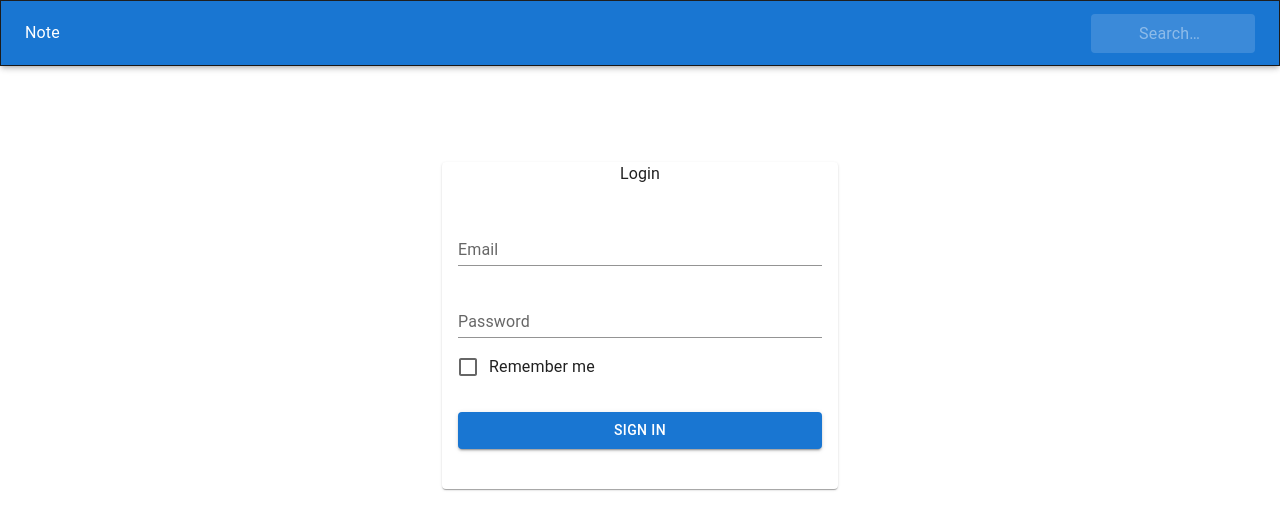
Repository: NGHIAVN1/Note
Page: /
These files come from the project's save history. The page is drawn as it stood at one moment and after the next save; the edit follows.
The browser window is 1280 px wide. The pictures show the whole page.
The project was rebuilt for these pictures with package versions that can differ from the ones it lists, and the page was loaded fresh each time. Also part of the build but not shown: vite.config.js, src/Register.jsx, src/Pet.jsx, src/useBreedList.jsx, src/SearchParams.jsx.

Above is the page before, as saved 2024-03-20 10:35:59.

### src/index.html
<!DOCTYPE html>
<html lang="en">

<head>
  <meta charset="UTF-8">
  <meta name="viewport" content="width=device-width, initial-scale=1.0">
  <meta http-equiv="X-UA-Compatible" content="ie=edge">
  <title>Adopt Me</title>
</head>

<body>
  <div id="root">not rendered</div>
  <script type="module" src="./App.jsx">
    // Your code is going to go here

  </script>
</body>

</html>

### src/App.jsx
import React, { StrictMode } from "react";
import "./Register";
import "./LoginPages";
import "./SearchParams";
import { createRoot } from "react-dom/client";
import SearchParams from "./SearchParams";
import RegisterUser from "./Register";
import LoginPage from "./LoginPages";
import Home from "./Home";

const App = () => {
  return (
    <div>
      <StrictMode>
        <Home />
        <LoginPage />
      </StrictMode>
    </div>
  );
};

const container = document.getElementById("root");
const root = createRoot(container);
root.render(
  <StrictMode>
    <App />
  </StrictMode>
);

### src/LoginPages.jsx
import {
  CardContent,
  CardHeader,
  CssBaseline,
  TextField,
  Typography,
} from "@mui/material";
import Container from "@mui/material/Container";
import Card from "@mui/material/Card";
import { dark } from "@mui/material/styles/createPalette";
import Box from "@mui/material/Box";
import FormControlLabel from "@mui/material/FormControlLabel";
import Button from "@mui/material/Button";
import Checkbox from "@mui/material/Checkbox";
import Grid from "@mui/material/Grid";
// const defaultTheme = createTheme();
const LoginPage = () => {
  return (
    <div>
      <Container component="main" maxWidth="xs">
        <CssBaseline />
        <Box
          sx={{
            marginTop: 8,
            display: "flex",
            flexDirection: "column",
            alignItems: "center",
          }}
        >
          <Card
            sx={{
              marginTop: 4,
              display: "flex",
              flexDirection: "column",
              alignItems: "center",
            }}
          >
            <Typography sx={{ frontSize: 20 }} color={dark}>
              Login
            </Typography>
            <Box component="form" submit>
              <CardContent>
                <TextField
                  variant="standard"
                  label="Email"
                  fullWidth
                  margin="normal"
                  id="password"
                />
                <TextField
                  variant="standard"
                  id="password"
                  label="Password"
                  fullWidth
                  margin="normal"
                />
                <FormControlLabel
                  control={<Checkbox value="remember" color="primary" />}
                  label="Remember me"
                />
                <Button
                  type="submit"
                  fullWidth
                  variant="contained"
                  sx={{ mt: 3, mb: 2 }}
                >
                  Sign In
                </Button>
              </CardContent>
            </Box>
          </Card>
        </Box>
      </Container>
    </div>
  );
};
export default LoginPage;

### src/Home.jsx
import Header from "./header";
const Home = () => {
  return (
    <div>
      <Header />
    </div>
  );
};
export default Home;

### src/header.jsx
import * as React from "react";
import { Box, Typography, AppBar } from "@mui/material";
import { styled, alpha } from "@mui/material/styles";
import Toolbar from "@mui/material/Toolbar";
import InputBase from "@mui/material/InputBase";
import SearchIcon from "@mui/icons-material/Search";
import MenuIcon from "@mui/icons-material/Menu";
import IconButton from "@mui/material/IconButton";
const Search = styled("div")(({ theme }) => ({
  position: "static",
  borderRadius: theme.shape.borderRadius,
  backgroundColor: alpha(theme.palette.common.white, 0.15),
  "&:hover": {
    backgroundColor: alpha(theme.palette.common.white, 0.25),
  },
  marginLeft: 0,
  width: "100%",
  [theme.breakpoints.up("sm")]: {
    marginLeft: theme.spacing(1),
    width: "auto",
  },
}));

const SearchIconWrapper = styled("div")(({ theme }) => ({
  padding: theme.spacing(0, 2),
  height: "100%",
  position: "absolute",
  pointerEvents: "none",
  display: "flex",
  alignItems: "center",
  justifyContent: "center",
}));

const StyledInputBase = styled(InputBase)(({ theme }) => ({
  color: "inherit",
  width: "100%",
  "& .MuiInputBase-input": {
    padding: theme.spacing(1, 1, 1, 0),
    // vertical padding + font size from searchIcon
    paddingLeft: `calc(1em + ${theme.spacing(4)})`,
    transition: theme.transitions.create("width"),
    [theme.breakpoints.up("sm")]: {
      width: "12ch",
      "&:focus": {
        width: "20ch",
      },
    },
  },
}));
const Header = () => {
  return (
    <div>
      <Box
        sx={{
          flexGrow: 3,
          border: 1,
        }}
      >
        <AppBar
          position="static"
          sx={{
            flexGrow: 2,
          }}
        >
          <Toolbar>
            <Typography sx={{ flex: 1 }} position={"relative"}>
              Note
            </Typography>
            <Search>
              <SearchIconWrapper>
                <searchIcon />
              </SearchIconWrapper>
              <StyledInputBase
                placeholder="Search…"
                inputProps={{ "aria-label": "search" }}
              />
            </Search>
          </Toolbar>
        </AppBar>
      </Box>
    </div>
  );
};
export default Header;

After the next save:
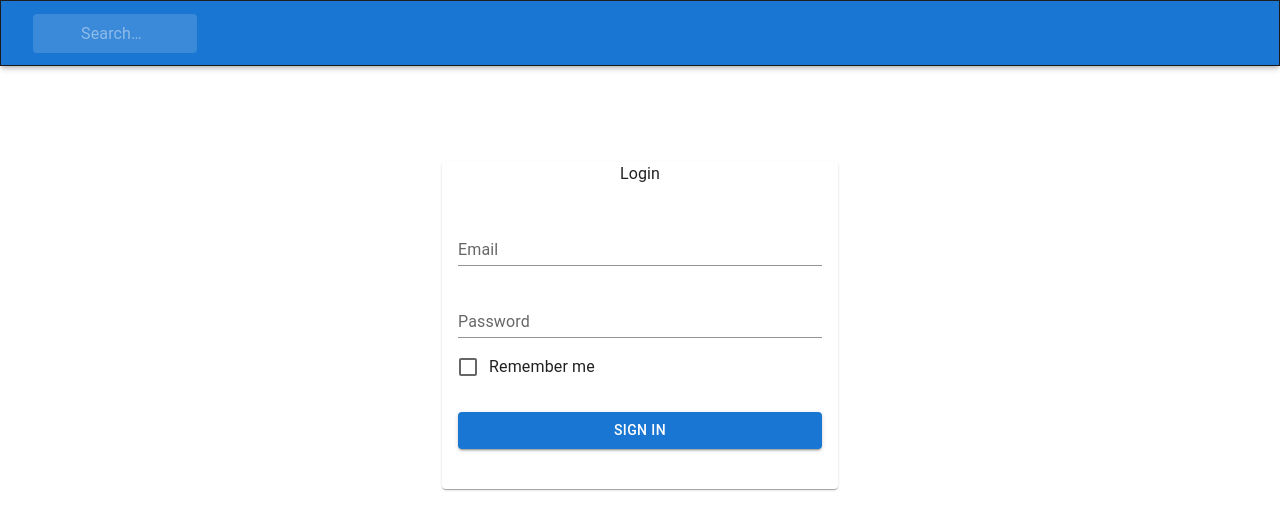
Saved 4 min 38 s later.
--- a/src/header.jsx
+++ b/src/header.jsx
@@ -63,9 +63,9 @@
           }}
         >
           <Toolbar>
-            <Typography sx={{ flex: 1 }} position={"relative"}>
+            {/* <Typography sx={{ flex: 1 }} position={"relative"}>
               Note
-            </Typography>
+            </Typography> */}
             <Search>
               <SearchIconWrapper>
                 <searchIcon />

After the save that followed:
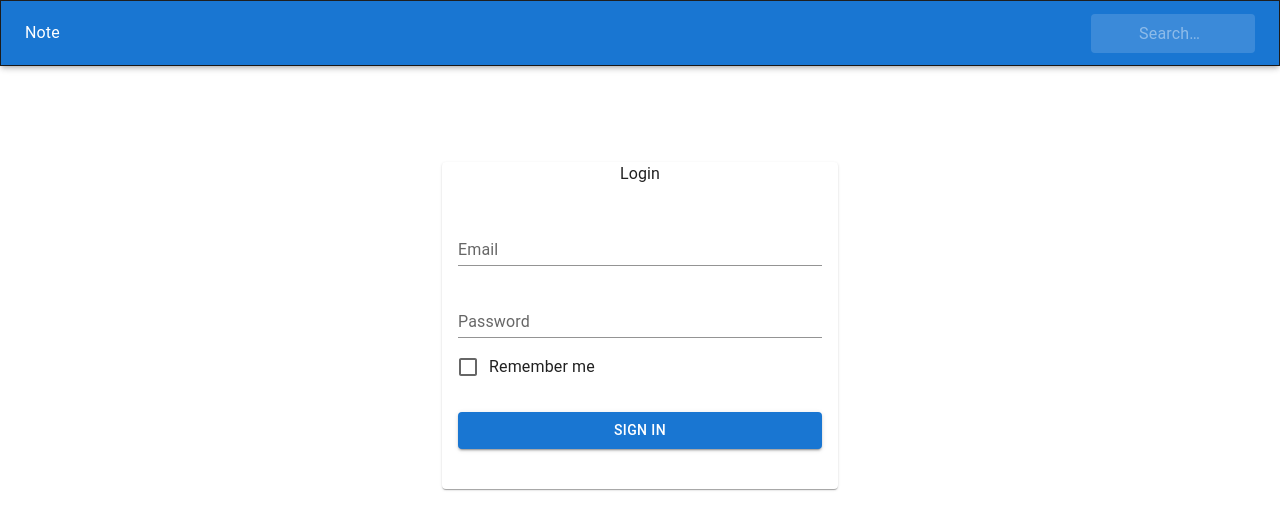
Saved 16 s later.
--- a/src/header.jsx
+++ b/src/header.jsx
@@ -63,9 +63,9 @@
           }}
         >
           <Toolbar>
-            {/* <Typography sx={{ flex: 1 }} position={"relative"}>
+            <Typography sx={{ flex: 1 }} position={"relative"}>
               Note
-            </Typography> */}
+            </Typography>
             <Search>
               <SearchIconWrapper>
                 <searchIcon />
